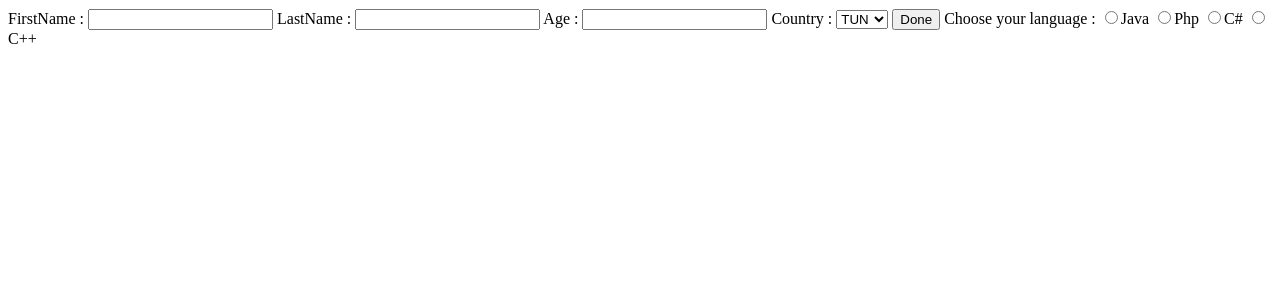
Repository: rahmi45/Spring-MVC
Page: http://localhost/Spring-MVC/studentMvcTags/accountMvcTags
An editor plug-in stored every save of this project. The page is shown before and after the next save, followed by the edit.
The browser window is 1280 px wide. The pictures show the whole page.
The page is served by Tomcat 9. Other server files are loaded and not shown. The template is opened directly, without the code that normally fills it, so the values that code supplies are empty.

Above is the page before, as saved 2022-01-14 20:13:07.

### Spring-MVC/WebContent/WEB-INF/view/student-front-mvc-tags/studentAccount.jsp
<%@ page language="java" contentType="text/html; charset=ISO-8859-1"
    pageEncoding="ISO-8859-1"%>
	<%@ taglib prefix="f" uri="http://www.springframework.org/tags/form" %>
<!DOCTYPE html>
<html>
<head>
<meta charset="ISO-8859-1">
<title>Student Account</title>
</head>
<body>
	<f:form action="processMvcTags" modelAttribute="student">
		FirstName : <f:input path="firstName"/>
		LastName  : <f:input path="lastName"/>
		Age       : <f:input path="age"/>
		Country   :
		<f:select path="country">
			<f:options items="${student.countryOptions}"/>
<%-- 			<f:option value="Maroc" label="MAR"/> --%>
<%-- 			<f:option value="France" label="FRA"/> --%>
<%-- 			<f:option value="Tunisie" label="TUN"/> --%>
		</f:select>
		<input type="submit" value="Done"/>
		Choose your language :
		<f:radiobutton path="language" value="Java"/>Java
		<f:radiobutton path="language" value="Php"/>Php
		<f:radiobutton path="language" value="C#"/>C#
		<f:radiobutton path="language" value="C++"/>C++
	</f:form>
</body>
</html>

After the next save:
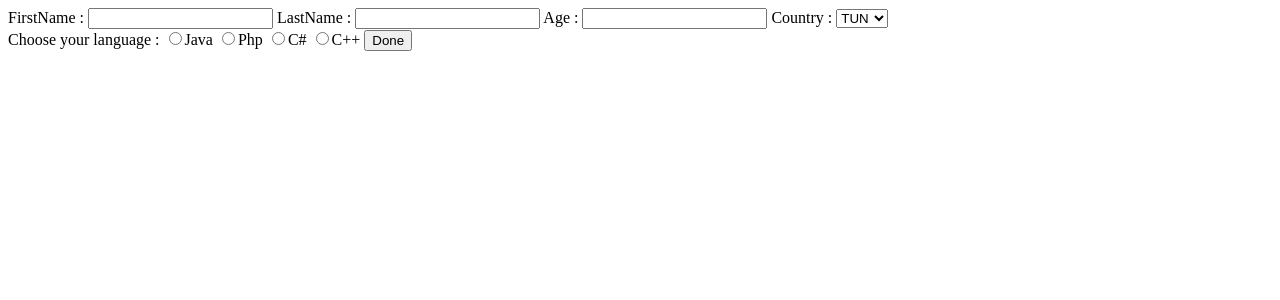
Saved 104 s later.
--- a/Spring-MVC/WebContent/WEB-INF/view/student-front-mvc-tags/studentAccount.jsp
+++ b/Spring-MVC/WebContent/WEB-INF/view/student-front-mvc-tags/studentAccount.jsp
@@ -19,12 +19,14 @@
 <%-- 			<f:option value="France" label="FRA"/> --%>
 <%-- 			<f:option value="Tunisie" label="TUN"/> --%>
 		</f:select>
-		<input type="submit" value="Done"/>
+		<br>
 		Choose your language :
 		<f:radiobutton path="language" value="Java"/>Java
 		<f:radiobutton path="language" value="Php"/>Php
 		<f:radiobutton path="language" value="C#"/>C#
 		<f:radiobutton path="language" value="C++"/>C++
+
+		<input type="submit" value="Done"/>
 	</f:form>
 </body>
 </html>
